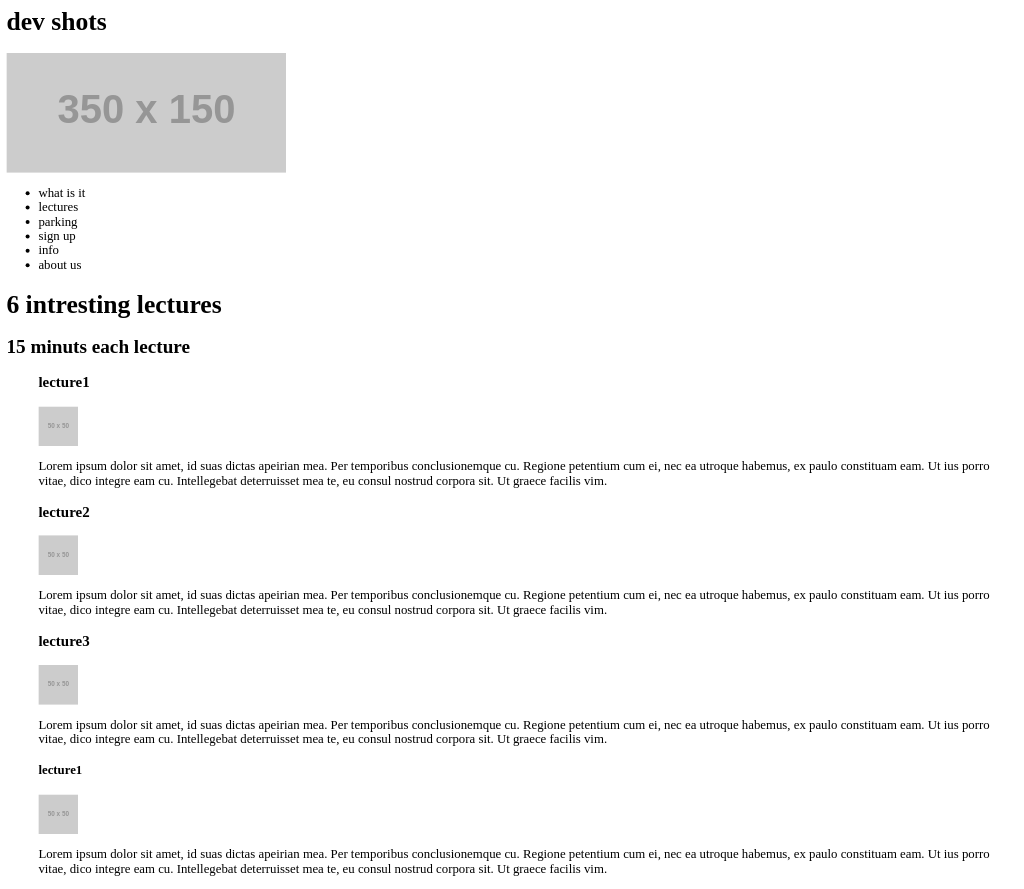
Repository: innaplx/exercises-devshots-html4-part1
Page: index.html
An editor plug-in stored every save of this project. The page is shown before and after the next save, followed by the edit.
The browser window is 1280 px wide. The pictures show the whole page, at 80% of full size.

Above is the page before, as saved 2018-08-17 19:56:33.

### index.html
<html>
    <head>
        <h1>dev shots</h1>
        <a href="https://placeholder.com"><img src="https://via.placeholder.com/350x150"></a>
        <nav>
            <ul>
                <li><a herf="#">what is it</a></li>
                <li><a herf="#">lectures</a></li>
                <li><a herf="#">parking</a></li>
                <li><a herf="#">sign up</a></li>
                <li><a herf="#">info</a></li>
                <li><a herf="#">about us</a></li>
            </ul>
        </nav>

    </head>

    <body>
        <h1>6 intresting lectures</h1>
        <h2>15 minuts each lecture</h2>

            <ul>
                <il>
                <h3>lecture1</h2>
                <a href="https://placeholder.com"><img src="https://via.placeholder.com/50x50"></a>
                <p>Lorem ipsum dolor sit amet, id suas dictas apeirian mea. Per temporibus conclusionemque cu. Regione petentium cum ei, nec ea utroque habemus, ex paulo constituam eam. Ut ius porro vitae, dico integre eam cu. Intellegebat deterruisset mea te, eu consul nostrud corpora sit. Ut graece facilis vim.</p>
                </il>

                <il>
                        <h3>lecture2</h2>
                        <a href="https://placeholder.com"><img src="https://via.placeholder.com/50x50"></a>
                        <p>Lorem ipsum dolor sit amet, id suas dictas apeirian mea. Per temporibus conclusionemque cu. Regione petentium cum ei, nec ea utroque habemus, ex paulo constituam eam. Ut ius porro vitae, dico integre eam cu. Intellegebat deterruisset mea te, eu consul nostrud corpora sit. Ut graece facilis vim.</p>
                        </il>
                        <il>
                                <h3>lecture3</h2>
                                <a href="https://placeholder.com"><img src="https://via.placeholder.com/50x50"></a>
                                <p>Lorem ipsum dolor sit amet, id suas dictas apeirian mea. Per temporibus conclusionemque cu. Regione petentium cum ei, nec ea utroque habemus, ex paulo constituam eam. Ut ius porro vitae, dico integre eam cu. Intellegebat deterruisset mea te, eu consul nostrud corpora sit. Ut graece facilis vim.</p>
                                </il>
                                <il>
                                        <h4>lecture1</h2>
                                        <a href="https://placeholder.com"><img src="https://via.placeholder.com/50x50"></a>
                                        <p>Lorem ipsum dolor sit amet, id suas dictas apeirian mea. Per temporibus conclusionemque cu. Regione petentium cum ei, nec ea utroque habemus, ex paulo constituam eam. Ut ius porro vitae, dico integre eam cu. Intellegebat deterruisset mea te, eu consul nostrud corpora sit. Ut graece facilis vim.</p>
                                        </il>
            </ul>




    </body>
























</html>

After the next save:
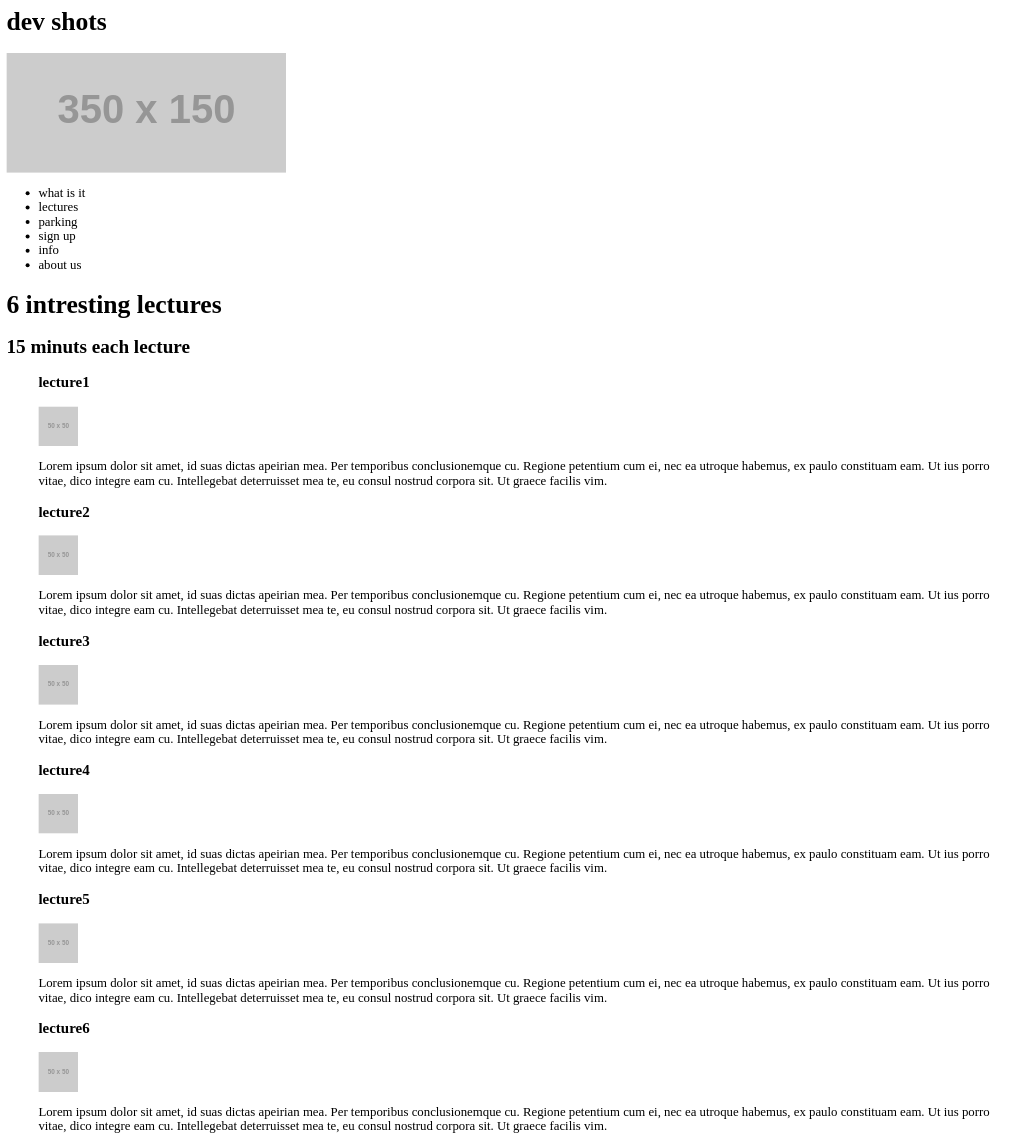
Saved 72 s later.
--- a/index.html
+++ b/index.html
@@ -21,26 +21,36 @@
 
             <ul>
                 <il>
-                <h3>lecture1</h2>
+                <h3>lecture1</h3>
                 <a href="https://placeholder.com"><img src="https://via.placeholder.com/50x50"></a>
                 <p>Lorem ipsum dolor sit amet, id suas dictas apeirian mea. Per temporibus conclusionemque cu. Regione petentium cum ei, nec ea utroque habemus, ex paulo constituam eam. Ut ius porro vitae, dico integre eam cu. Intellegebat deterruisset mea te, eu consul nostrud corpora sit. Ut graece facilis vim.</p>
                 </il>
 
                 <il>
-                        <h3>lecture2</h2>
+                        <h3>lecture2</h3>
                         <a href="https://placeholder.com"><img src="https://via.placeholder.com/50x50"></a>
                         <p>Lorem ipsum dolor sit amet, id suas dictas apeirian mea. Per temporibus conclusionemque cu. Regione petentium cum ei, nec ea utroque habemus, ex paulo constituam eam. Ut ius porro vitae, dico integre eam cu. Intellegebat deterruisset mea te, eu consul nostrud corpora sit. Ut graece facilis vim.</p>
                         </il>
                         <il>
-                                <h3>lecture3</h2>
+                                <h3>lecture3</h3>
                                 <a href="https://placeholder.com"><img src="https://via.placeholder.com/50x50"></a>
                                 <p>Lorem ipsum dolor sit amet, id suas dictas apeirian mea. Per temporibus conclusionemque cu. Regione petentium cum ei, nec ea utroque habemus, ex paulo constituam eam. Ut ius porro vitae, dico integre eam cu. Intellegebat deterruisset mea te, eu consul nostrud corpora sit. Ut graece facilis vim.</p>
                                 </il>
                                 <il>
-                                        <h4>lecture1</h2>
+                                        <h3>lecture4</h3>
                                         <a href="https://placeholder.com"><img src="https://via.placeholder.com/50x50"></a>
                                         <p>Lorem ipsum dolor sit amet, id suas dictas apeirian mea. Per temporibus conclusionemque cu. Regione petentium cum ei, nec ea utroque habemus, ex paulo constituam eam. Ut ius porro vitae, dico integre eam cu. Intellegebat deterruisset mea te, eu consul nostrud corpora sit. Ut graece facilis vim.</p>
                                         </il>
+                                        <il>
+                                                <h3>lecture5</h3>
+                                                <a href="https://placeholder.com"><img src="https://via.placeholder.com/50x50"></a>
+                                                <p>Lorem ipsum dolor sit amet, id suas dictas apeirian mea. Per temporibus conclusionemque cu. Regione petentium cum ei, nec ea utroque habemus, ex paulo constituam eam. Ut ius porro vitae, dico integre eam cu. Intellegebat deterruisset mea te, eu consul nostrud corpora sit. Ut graece facilis vim.</p>
+                                                </il>
+                                                <il>
+                                                        <h3>lecture6</h3>
+                                                        <a href="https://placeholder.com"><img src="https://via.placeholder.com/50x50"></a>
+                                                        <p>Lorem ipsum dolor sit amet, id suas dictas apeirian mea. Per temporibus conclusionemque cu. Regione petentium cum ei, nec ea utroque habemus, ex paulo constituam eam. Ut ius porro vitae, dico integre eam cu. Intellegebat deterruisset mea te, eu consul nostrud corpora sit. Ut graece facilis vim.</p>
+                                                        </il>
             </ul>
 
 
